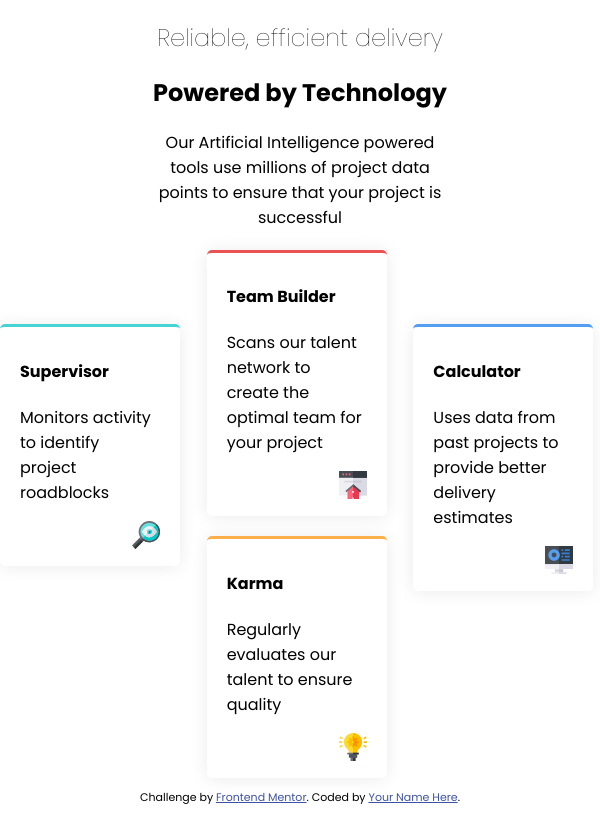
Repository: BuduCE/four-card-feature-section-master
Page: index.html
These files come from the project's save history. The page is drawn as it stood at one moment and after the next save; the edit follows.
The browser window is 600 px wide. The pictures show the whole page.

Above is the page before, as saved 2023-06-01 22:50:17.

After the next save:
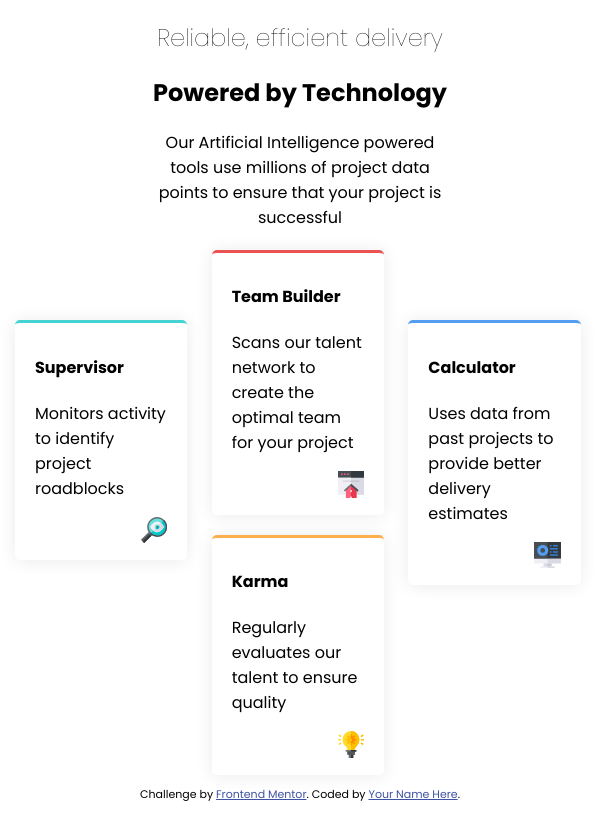
Saved 19 s later.
--- a/styles.css
+++ b/styles.css
@@ -15,7 +15,7 @@ body {
 }
 @media screen and (max-width: 728px) {
     body{
-        width: 100%;
+        width: 95%;
     }
 }
 .light{
